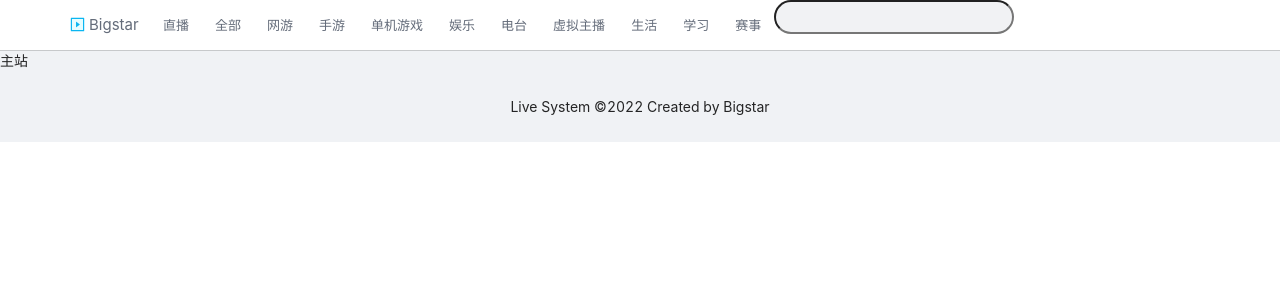
Repository: Bigstar-hyx/webrtc-react
Page: /
An editor plug-in stored every save of this project. The page is shown before and after the next save, followed by the edit.
The browser window is 1280 px wide. The pictures show the whole page.
The project was rebuilt for these pictures with package versions that can differ from the ones it lists, and the page was loaded fresh each time. Also part of the build but not shown: craco.config.js, webpack.config.js, src/pages/live/Index.css, src/pages/live/component/Content/Video/video.css, src/pages/live/component/Content/Video/Video.js, src/pages/live/component/Content/Comments/comments.css, src/pages/live/component/Content/Comments/TalkSend.js, src/pages/live/component/Content/Comments/Talk.js and 5 more.

Above is the page before, as saved 2022-01-30 17:19:24.

### src/index.js
import * as React from 'react'
import * as ReactDOM from 'react-dom'
import { BrowserRouter } from 'react-router-dom'
import App from './App.js'

ReactDOM.render(
  <BrowserRouter>
    <App />
  </BrowserRouter>,
  document.getElementById('root')
)

### src/App.js
import * as React from 'react'
import { Routes, Route } from 'react-router-dom'

import LiveIndex from './pages/live/Index'
import HomeIndex from './pages/home/Index'
import ViewerIndex from './pages/viewer/Index'
import TopIndex from './top/Index'

import { Layout } from 'antd'

const { Header, Footer, Content } = Layout

function App() {
  return (
    <>
      <Layout>
        <Header>
          <TopIndex />
        </Header>
        <Content>
          <Routes>
            <Route path="/" element={<HomeIndex />} />
            <Route path="live" element={<LiveIndex />} />
            <Route path="viewer" element={<ViewerIndex />} />
          </Routes>
        </Content>
        <Footer style={{ textAlign: 'center' }}>Live System ©2022 Created by Bigstar</Footer>
      </Layout>
    </>
  )
}

export default App

### src/pages/home/Index.js
import React, { Component } from 'react'

export class HomeIndex extends Component {
  render() {
    return <div>主站</div>
  }
}

export default HomeIndex

### src/top/Index.js
// import { PlaySquareTwoTone } from 'antd'
import { PlaySquareTwoTone } from '@ant-design/icons'

import TopMenu from './component/TopMenu'
import TopSearch from './component/TopSearch'

import './index.css'

function TopIndex() {
  return (
    <>
      <div className="logo">
        <PlaySquareTwoTone twoToneColor="#0BB6F1" />
        &nbsp;Bigstar
      </div>
      <TopMenu />
      <TopSearch />
    </>
  )
}

export default TopIndex

### src/top/component/TopMenu.js
import './top-menu.css'

function TopMenu() {
  return (
    <div>
      <ul>
        <li>
          <a href="">直播</a>
        </li>
        <li>
          <a href="">全部</a>
        </li>
        <li>
          <a href="">网游</a>
        </li>
        <li>
          <a href="">手游</a>
        </li>
        <li>
          <a href="">单机游戏</a>
        </li>
        <li>
          <a href="">娱乐</a>
        </li>
        <li>
          <a href="">电台</a>
        </li>
        <li>
          <a href="">虚拟主播</a>
        </li>
        <li>
          <a href="">生活</a>
        </li>
        <li>
          <a href="">学习</a>
        </li>
        <li>
          <a href="">赛事</a>
        </li>
      </ul>
    </div>
  )
}

export default TopMenu

### src/top/component/TopSearch.js
import { Input } from 'antd'
import { SearchOutlined } from '@ant-design/icons'

import './top-search.css'

function TopSearch() {
  return (
    <div>
      {/* <Input className="search" size="large" placeholder="今天你想了解什么呢？(☆▽☆)" suffix={<SearchOutlined />} /> */}
      <input className="search" />
    </div>
  )
}

export default TopSearch

### src/top/index.css
.ant-layout-header {
  height: 50px;
  padding: 0 50px;
  box-shadow: 0px 0px 1px #000;
  color: rgba(0, 0, 0, 0.85);
  line-height: 50px;
  background: #fff;
}
.logo {
  float: left;
  padding: 0px 0px 0px 20px;
  width: 100px;
  color: #646c7a;
  font-size: 15px;
}

### src/pages/live/component/Content/Comments/Comments.js
import React, { useState } from 'react'
import { Card } from 'antd'
import './comments.css'
import Talk from './Talk'
import SList from './SList'

const tabListNoTitle = [
  {
    key: 'talk',
    tab: '讨论区'
  },
  {
    key: 'slist',
    tab: '学员列表'
  }
]

const contentListNoTitle = {
  talk: <Talk />,
  slist: <SList />
}

function Comments() {
  const [activeTabKey2, setActiveTabKey2] = useState('talk')

  const onTab2Change = key => {
    setActiveTabKey2(key)
  }
  return (
    <div className="comments-box">
      <Card
        className="card"
        tabList={tabListNoTitle}
        activeTabKey={activeTabKey2}
        onTabChange={key => {
          onTab2Change(key)
        }}
      >
        {contentListNoTitle[activeTabKey2]}
      </Card>
    </div>
  )
}

export default Comments

### src/top/component/top-menu.css
ul {
  margin: auto;
}
ul li a {
  float: left;
  color: #646c7a;
  font-size: 13px;
}

li {
  list-style: none;
}

li a {
  margin: 0 5px;
  padding: 0 8px;
}

a {
  /* text-decoration: none; */
}

### src/top/component/top-search.css
div {
  margin: auto;
}
.search {
  float: left;
  font-size: 13px;
  border-radius: 20px;
  background: #f1f2f4;
  width: 240px;
  height: 34px;
}

### src/pages/live/component/Content/Comments/TalkList.js
import React from 'react'
import { Comment, Tooltip, List } from 'antd'
import moment from 'moment'

const data = [
  {
    author: '学员1',
    avatar: 'https://joeschmoe.io/api/v1/random',
    content: <p>老师真好看</p>
  },
  {
    author: '学员2',
    avatar: 'https://joeschmoe.io/api/v1/random',
    content: <p>讲得真好！</p>
  }
]

function TalkList() {
  return (
    <div>
      <List
        className="comment-list"
        itemLayout="horizontal"
        dataSource={data}
        renderItem={item => (
          <li>
            <Comment actions={item.actions} author={item.author} avatar={item.avatar} content={item.content} datetime={item.datetime} />
          </li>
        )}
      />
    </div>
  )
}

export default TalkList

### src/pages/live/component/Content/Comments/talk.css
* {
  margin: 0;
  padding: 0;
}
.talk-list {
  width: 100%;
  height: 480px;
}
.talk-send {
  width: 100%;
  height: 40px;
}

Loaded but not shown: public/index.html (common file)

After the next save:
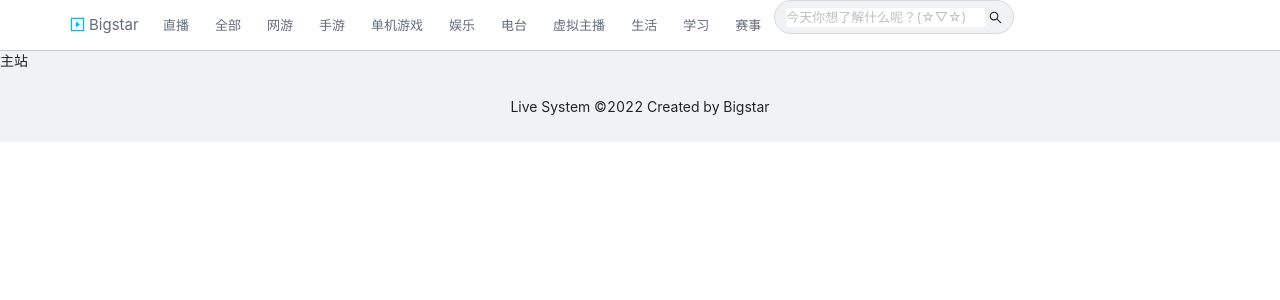
Saved 30 s later.
--- a/src/top/component/TopSearch.js
+++ b/src/top/component/TopSearch.js
@@ -6,8 +6,7 @@ import './top-search.css'
 function TopSearch() {
   return (
     <div>
-      {/* <Input className="search" size="large" placeholder="今天你想了解什么呢？(☆▽☆)" suffix={<SearchOutlined />} /> */}
-      <input className="search" />
+      <Input className="search" size="large" placeholder="今天你想了解什么呢？(☆▽☆)" suffix={<SearchOutlined />} />
     </div>
   )
 }
